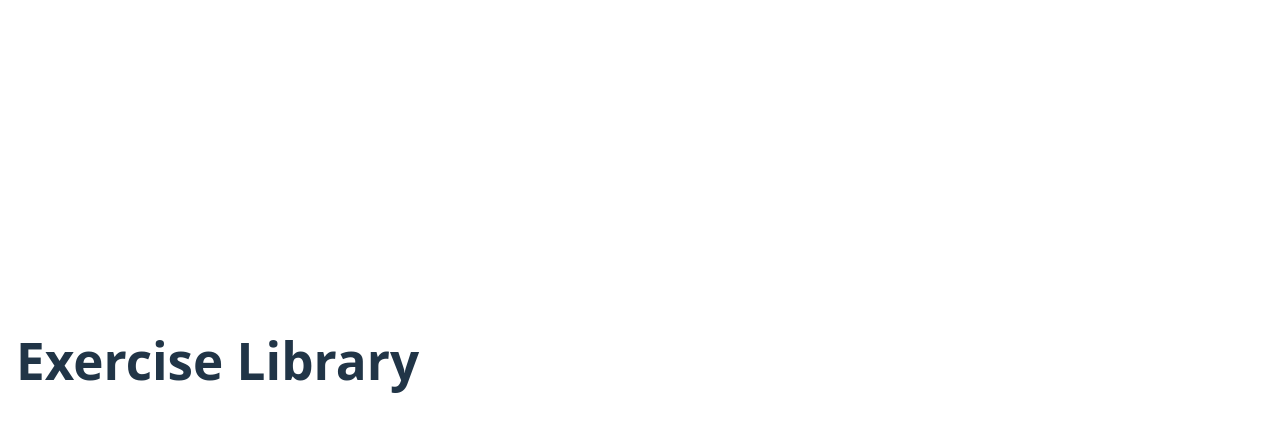
Repository: SalB111/k9-rehab-pro
Page: /exercises (app in frontend/)
These files come from the project's save history. The page is drawn as it stood at one moment and after the next save; the edit follows.
The browser window is 1280 px wide. The pictures show the whole page.
The page's requests for data from a server got no answer. The project was rebuilt for these pictures with package versions that can differ from the ones it lists, and the page was loaded fresh each time. No one was signed in, and anything a server would have sent is missing. Also part of the build but not shown: frontend/vite.config.ts, frontend/src/components/exercisecard.tsx, frontend/src/pages/exercisedetail.tsx. Imported but missing from the stored project, and not drawn on this page: frontend/src/pages/home.

Above is the page before, as saved 2026-02-13 15:25:19.

### frontend/src/App.tsx
import { BrowserRouter as Router, Routes, Route } from "react-router-dom";
import Home from "./pages/home";
import ExerciseLibrary from "./pages/exerciselibrary";
import ExerciseDetail from "./pages/exercisedetail";

function App() {
  return (
    <Router>
      <Routes>
        <Route path="/" element={<Home />} />
        <Route path="/exercises" element={<ExerciseLibrary />} />
        <Route path="/exercises/:code" element={<ExerciseDetail />} />
      </Routes>
    </Router>
  );
}

export default App;

### frontend/src/pages/exerciselibrary.tsx
import React, { useEffect, useState } from "react";
import ExerciseGrid from "../components/exercisegrid";
import axios from "axios";

interface Exercise {
  code: string;
  name: string;
  category: string;
  difficulty_level: string;
  description: string;
}

const ExerciseLibrary: React.FC = () => {
  const [exercises, setExercises] = useState<Exercise[]>([]);
  const [loading, setLoading] = useState(true);

  useEffect(() => {
    const fetchExercises = async () => {
      try {
        const response = await axios.get("http://localhost:5001/api/exercises");
        setExercises(response.data);
      } catch (error) {
        console.error("Error fetching exercises:", error);
      } finally {
        setLoading(false);
      }
    };

    fetchExercises();
  }, []);

  if (loading) {
    return <p style={{ padding: "1rem" }}>Loading exercises...</p>;
  }

  return (
    <div style={{ padding: "1rem" }}>
      <h1>Exercise Library</h1>
      <ExerciseGrid exercises={exercises} />
    </div>
  );
};

export default ExerciseLibrary;

### frontend/src/components/exercisegrid.tsx
import React from "react";
import ExerciseCard from "./exercisecard";

interface Exercise {
  code: string;
  name: string;
  category: string;
  difficulty_level: string;
  description: string;
}

interface ExerciseGridProps {
  exercises: Exercise[];
}

const ExerciseGrid: React.FC<ExerciseGridProps> = ({ exercises }) => {
  return (
    <div
      style={{
        display: "grid",
        gridTemplateColumns: "repeat(auto-fill, minmax(250px, 1fr))",
        gap: "1.5rem",
        marginTop: "2rem",
      }}
    >
      {exercises.map((exercise) => (
        <ExerciseCard key={exercise.code} exercise={exercise} />
      ))}
    </div>
  );
};

export default ExerciseGrid;

Loaded but not shown: frontend/index.html (common file); frontend/src/main.tsx (common file); frontend/src/index.css (common file)

After the next save:
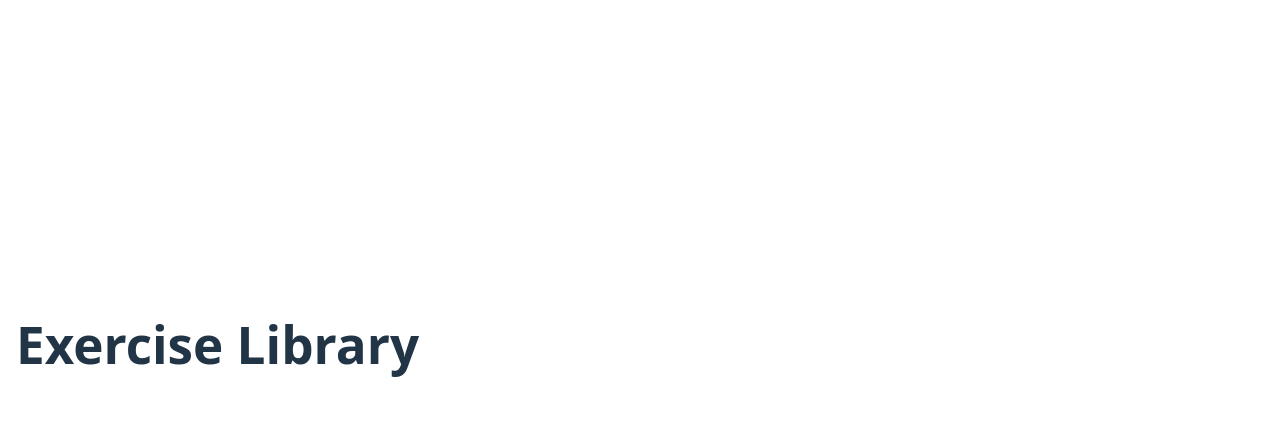
Saved 66 s later.
--- a/frontend/src/components/exercisegrid.tsx
+++ b/frontend/src/components/exercisegrid.tsx
@@ -1,26 +1,19 @@
 import React from "react";
 import ExerciseCard from "./exercisecard";
+import { Exercise } from "../api/exercises";
 
-interface Exercise {
-  code: string;
-  name: string;
-  category: string;
-  difficulty_level: string;
-  description: string;
-}
-
-interface ExerciseGridProps {
+interface Props {
   exercises: Exercise[];
 }
 
-const ExerciseGrid: React.FC<ExerciseGridProps> = ({ exercises }) => {
+const ExerciseGrid: React.FC<Props> = ({ exercises }) => {
   return (
     <div
       style={{
         display: "grid",
         gridTemplateColumns: "repeat(auto-fill, minmax(250px, 1fr))",
-        gap: "1.5rem",
-        marginTop: "2rem",
+        gap: "1rem",
+        padding: "1rem",
       }}
     >
       {exercises.map((exercise) => (
